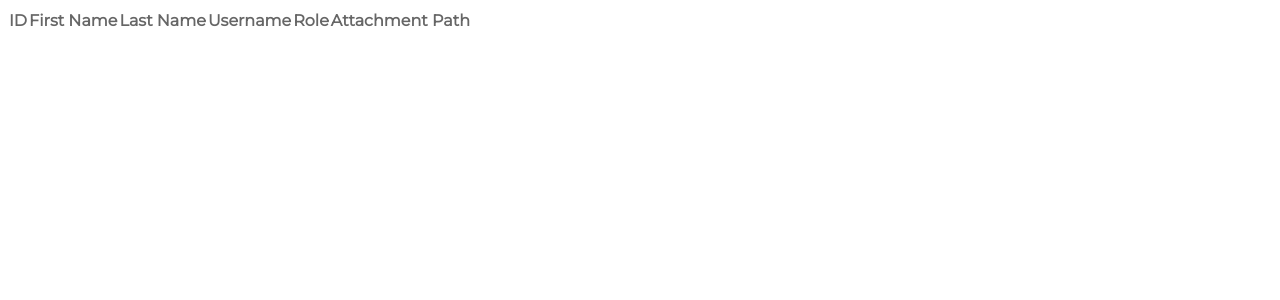
Repository: Arouja/frontgym
Page: /users
An editor plug-in stored every save of this project. The page is shown before and after the next save, followed by the edit.
The browser window is 1280 px wide. The pictures show the whole page.
The page's requests for data from a server got no answer. Some web libraries are served in a nearby version. The project was rebuilt for these pictures with package versions that can differ from the ones it lists, and the page was loaded fresh each time. No one was signed in, and anything a server would have sent is missing. Also part of the build but not shown: src/App.css, src/actions/authActions.js, src/Components/navbar/CustomNavbar.jsx, src/Components/footer/footer.jsx, src/Components/about/About.jsx, src/Components/classes/Classes.jsx, src/Components/home/Home.jsx, src/Components/feature/Feature.jsx and 10 more.

Above is the page before, as saved 2023-10-11 00:29:01.

After the next save:
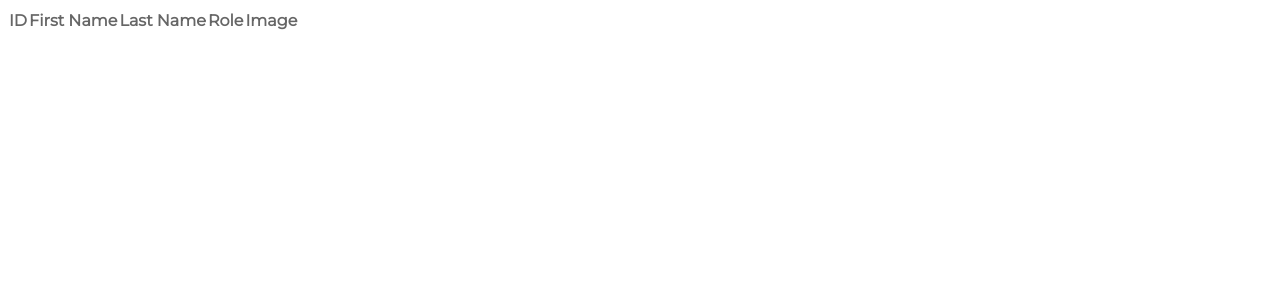
Saved 2 min 43 s later.
--- a/src/users/users.js
+++ b/src/users/users.js
@@ -4,35 +4,57 @@
   const [users, setUsers] = useState([]);
 
   useEffect(() => {
-    // Fetch data from backend
     fetch('http://localhost:8089/api/v1/users/all-users')
       .then(response => response.json())
       .then(data => setUsers(data))
       .catch(error => console.error('Error fetching data:', error));
   }, []);
 
+  const columns = React.useMemo(
+    () => [
+      {
+        Header: 'ID',
+        accessor: 'id',
+      },
+      {
+        Header: 'First Name',
+        accessor: 'firstName',
+      },
+      {
+        Header: 'Last Name',
+        accessor: 'lastName',
+      },
+      {
+        Header: 'Role',
+        accessor: 'role',
+      },
+      {
+        Header: 'Image',
+        accessor: 'attachmentPath',
+        Cell: ({ value }) => <img src={value} alt="User" style={{ width: '50px' }} />,
+      },
+    ],
+    []
+  );
+
   return (
     <div className="p-2">
       <table>
         <thead>
           <tr>
-            <th>ID</th>
-            <th>First Name</th>
-            <th>Last Name</th>
-            <th>Username</th>
-            <th>Role</th>
-            <th>Attachment Path</th>
+            {columns.map(column => (
+              <th key={column.Header}>{column.Header}</th>
+            ))}
           </tr>
         </thead>
         <tbody>
           {users.map(user => (
             <tr key={user.id}>
-              <td>{user.id}</td>
-              <td>{user.firstName}</td>
-              <td>{user.lastName}</td>
-              <td>{user.username}</td>
-              <td>{user.role}</td>
-              <td>{user.attachmentPath}</td>
+              {columns.map(column => (
+                <td key={column.Header}>
+                  {column.Cell ? column.Cell({ value: user[column.accessor] }) : user[column.accessor]}
+                </td>
+              ))}
             </tr>
           ))}
         </tbody>

After the save that followed:
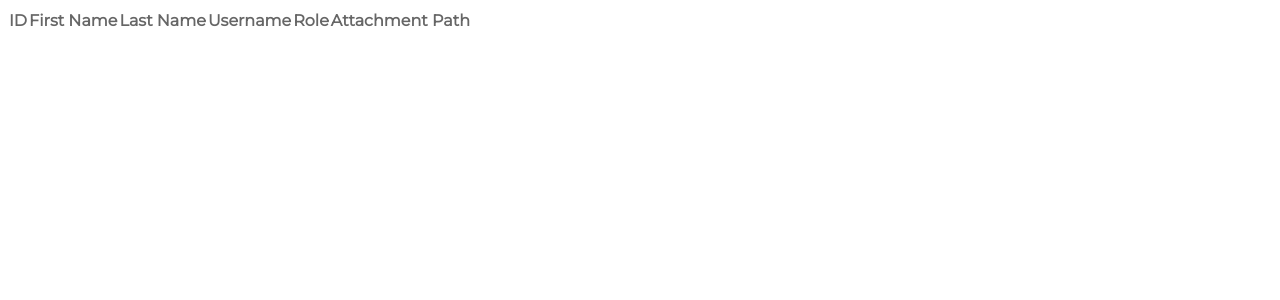
Saved 9 s later.
--- a/src/users/users.js
+++ b/src/users/users.js
@@ -4,57 +4,35 @@
   const [users, setUsers] = useState([]);
 
   useEffect(() => {
+    // Fetch data from backend
     fetch('http://localhost:8089/api/v1/users/all-users')
       .then(response => response.json())
       .then(data => setUsers(data))
       .catch(error => console.error('Error fetching data:', error));
   }, []);
 
-  const columns = React.useMemo(
-    () => [
-      {
-        Header: 'ID',
-        accessor: 'id',
-      },
-      {
-        Header: 'First Name',
-        accessor: 'firstName',
-      },
-      {
-        Header: 'Last Name',
-        accessor: 'lastName',
-      },
-      {
-        Header: 'Role',
-        accessor: 'role',
-      },
-      {
-        Header: 'Image',
-        accessor: 'attachmentPath',
-        Cell: ({ value }) => <img src={value} alt="User" style={{ width: '50px' }} />,
-      },
-    ],
-    []
-  );
-
   return (
     <div className="p-2">
       <table>
         <thead>
           <tr>
-            {columns.map(column => (
-              <th key={column.Header}>{column.Header}</th>
-            ))}
+            <th>ID</th>
+            <th>First Name</th>
+            <th>Last Name</th>
+            <th>Username</th>
+            <th>Role</th>
+            <th>Attachment Path</th>
           </tr>
         </thead>
         <tbody>
           {users.map(user => (
             <tr key={user.id}>
-              {columns.map(column => (
-                <td key={column.Header}>
-                  {column.Cell ? column.Cell({ value: user[column.accessor] }) : user[column.accessor]}
-                </td>
-              ))}
+              <td>{user.id}</td>
+              <td>{user.firstName}</td>
+              <td>{user.lastName}</td>
+              <td>{user.username}</td>
+              <td>{user.role}</td>
+              <td>{user.attachmentPath}</td>
             </tr>
           ))}
         </tbody>
